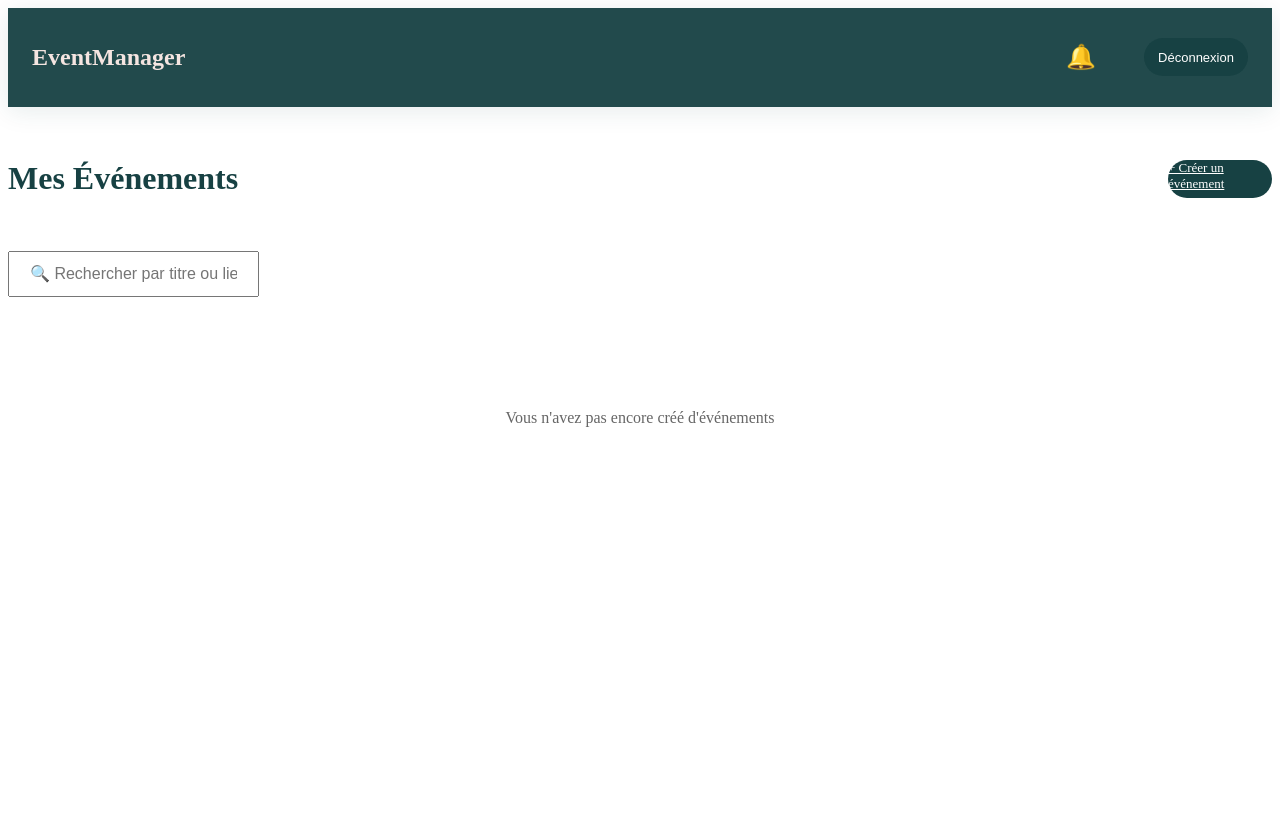
Repository: RADJA-A/DahiliRadja_Pjt_IW
Page: /organisateur/mes-evenements (app in Front/gerement/)
These files come from the project's save history. The page is drawn as it stood at one moment and after the next save; the edit follows.
The browser window is 1280 px wide. The pictures show the whole page.
The project was rebuilt for these pictures with package versions that can differ from the ones it lists, and the page was loaded fresh each time. Also part of the build but not shown: Front/gerement/angular.json, Front/gerement/src/app/pages/home/home.component.ts, Front/gerement/src/app/components/avantages/avantages.component.ts, Front/gerement/src/app/components/procedure/procedure.component.ts, Front/gerement/src/app/components/services/services.component.ts, Front/gerement/src/app/pages/login/login.component.ts, Front/gerement/src/app/core/services/auth.service.ts, Front/gerement/src/app/pages/signin/signin.component.ts and 9 more.

Above is the page before, as saved 2025-12-10 17:14:41.

### Front/gerement/src/index.html
<!doctype html>
<html lang="en">
<head>
  <meta charset="utf-8">
  <title>Gerement</title>
  <base href="/">
  <meta name="viewport" content="width=device-width, initial-scale=1">
   <link rel="icon" type="image/x-icon" href="1.png">
</head>
<body>


  <app-root></app-root>
</body>
</html>

### Front/gerement/src/app/app.config.ts
import { ApplicationConfig, provideZoneChangeDetection } from '@angular/core';
import { provideRouter } from '@angular/router';
import { provideHttpClient } from '@angular/common/http';

import { routes } from './app.routes';

export const appConfig: ApplicationConfig = {
  providers: [
    provideZoneChangeDetection({ eventCoalescing: true }),
    provideRouter(routes),
    provideHttpClient() // ← Pour les appels HTTP
  ]
};

### Front/gerement/src/app/app.component.ts
import { Component } from '@angular/core';
import { CommonModule } from '@angular/common';
import { Router, RouterOutlet, NavigationEnd } from '@angular/router';
import { HeaderComponent } from './components/header/header.component';
import { FooterComponent } from './components/footer/footer.component';
import { NavbarComponent } from './components/navbar/navbar.component';
import { filter } from 'rxjs/operators';

@Component({
  selector: 'app-root',
  standalone: true,
  imports: [
    CommonModule,
    RouterOutlet,
    HeaderComponent,
    FooterComponent,
    NavbarComponent // ← Ajout
  ],
  templateUrl: './app.component.html',
  styleUrls: ['./app.component.css']
})
export class AppComponent {
  title = 'gerement';
  showNavbar = false;

  constructor(private router: Router) {
    // Déterminer quand afficher la navbar
    this.router.events.pipe(
      filter(event => event instanceof NavigationEnd)
    ).subscribe((event: any) => {
      const url = event.url;
      this.showNavbar = !['/', '/login', '/signin'].includes(url);
    });
  }
}

### Front/gerement/src/app/app.routes.ts
import { Routes } from '@angular/router';
import { HomeComponent } from './pages/home/home.component';
import { LoginComponent } from './pages/login/login.component';
import { SigninComponent } from './pages/signin/signin.component';

// Organisateur
import { DashboardOrganisateurComponent } from './pages/organisateur/dashboard-organisateur/dashboard-organisateur.component';
import { MesEvenementsComponent } from './pages/organisateur/mes-evenements/mes-evenements.component';
import { CreerEvenementComponent } from './pages/organisateur/creer-evenement/creer-evenement.component';
import { ParticipantsEvenementComponent } from './pages/organisateur/participants-evenement/participants-evenement.component';
import { ModifierEvenementComponent } from './pages/organisateur/modifier-evenement/modifier-evenement.component';
// Participant
import { EvenementsDisponiblesComponent } from './pages/participant/evenements-disponibles/evenements-disponibles.component';
import { MesInscriptionsComponent } from './pages/participant/mes-inscriptions/mes-inscriptions.component';
import { DetailEvenementComponent } from './pages/participant/detail-evenement/detail-evenement.component';

export const routes: Routes = [
  { path: '', component: HomeComponent },
  { path: 'login', component: LoginComponent },
  { path: 'signin', component: SigninComponent },

  // Routes Organisateur
  { path: 'organisateur/dashboard', component: DashboardOrganisateurComponent },
  { path: 'organisateur/mes-evenements', component: MesEvenementsComponent },
  { path: 'organisateur/creer-evenement', component: CreerEvenementComponent },
   { path: 'organisateur/modifier-evenement/:id', component: ModifierEvenementComponent }, // ← AJOUT

  { path: 'organisateur/participants/:id', component: ParticipantsEvenementComponent },

  // Routes Participant
  { path: 'participant/evenements', component: EvenementsDisponiblesComponent },
  { path: 'participant/mes-inscriptions', component: MesInscriptionsComponent },
  { path: 'participant/evenement/:id', component: DetailEvenementComponent },

  { path: '**', redirectTo: '' }
];

### Front/gerement/src/app/app.component.html
<app-header *ngIf="!showNavbar"></app-header>
<app-navbar *ngIf="showNavbar"></app-navbar>
<router-outlet></router-outlet>
<app-footer *ngIf="!showNavbar"></app-footer>

### Front/gerement/src/app/components/header/header.component.ts
import { Component } from '@angular/core';
import { Router, RouterModule } from '@angular/router';

@Component({
  selector: 'app-header',
  standalone: true,
  imports: [RouterModule],
  templateUrl: './header.component.html',
  styleUrls: ['./header.component.css']
})
export class HeaderComponent {
  constructor(private router: Router) {}

  navigateToLogin() {
    this.router.navigate(['/login']);
  }

  navigateToSignin() {
    this.router.navigate(['/signin']);
  }

}

### Front/gerement/src/app/components/navbar/navbar.component.ts
import { Component, OnInit } from '@angular/core';
import { Router, RouterModule } from '@angular/router';
import { CommonModule } from '@angular/common';
import { NotificationsComponent } from '../notifications/notifications.component';
import { NotificationService } from '../../services/notification.service';

@Component({
  selector: 'app-navbar',
  imports: [CommonModule,NotificationsComponent,RouterModule],
  templateUrl: './navbar.component.html',
  styleUrls: ['./navbar.component.css']
})
export class NavbarComponent implements OnInit {
  user: any;
  notificationsCount = 0;
  showNotifications = false;

  constructor(
    private router: Router,
    private notificationService: NotificationService
  ) {}

  ngOnInit() {
    const userStr = localStorage.getItem('user');
    if (userStr) {
      this.user = JSON.parse(userStr);
      this.loadNotificationsCount();
    }
  }

  loadNotificationsCount() {
    this.notificationService.getNotificationsNonLues(this.user.id).subscribe(
      (notifications) => {
        this.notificationsCount = notifications.length;
      }
    );
  }

  toggleNotifications() {
    this.showNotifications = !this.showNotifications;
  }

  logout() {
    localStorage.removeItem('user');
    this.router.navigate(['/login']);
  }

  // Fix role check with multiple possibilities
  isOrganisateur(): boolean {
    const role = this.user?.role;
    console.log('Checking role:', role); // Debug log
    return role === 'ORGANIZER' || role === 'ADMIN';
  }

  // Add isParticipant method
  isParticipant(): boolean {
    const role = this.user?.role;
    return role === 'PARTICIPANT';
  }
}

### Front/gerement/src/app/pages/organisateur/mes-evenements/mes-evenements.component.ts
import { Component, OnInit } from '@angular/core';
import { Router } from '@angular/router';
import { EvenementService, Evenement } from '../../../services/evenement.service';
import { CommonModule } from '@angular/common';
import { RouterLink } from '@angular/router';
import { FormsModule } from '@angular/forms';

@Component({
  selector: 'app-mes-evenements',
  imports: [CommonModule,RouterLink,FormsModule],
  templateUrl: './mes-evenements.component.html',
  styleUrls: ['./mes-evenements.component.css']
})
export class MesEvenementsComponent implements OnInit {
  user: any;
  evenements: Evenement[] = [];
  loading = false;
  searchTerm = '';
  filterStatut = '';

  constructor(
    private evenementService: EvenementService,
    private router: Router
  ) {}

  ngOnInit() {
    const userStr = localStorage.getItem('user');
    if (userStr) {
      this.user = JSON.parse(userStr);
      this.loadEvenements();
    }
  }

  loadEvenements() {
    this.loading = true;
    this.evenementService.getMesEvenements(this.user.id).subscribe({
      next: (data) => {
        this.evenements = data;
        this.loading = false;
      },
      error: (err) => {
        console.error('Erreur:', err);
        this.loading = false;
      }
    });
  }

  get evenementsFiltres(): Evenement[] {
    return this.evenements.filter(event => {
      const matchSearch = event.titre.toLowerCase().includes(this.searchTerm.toLowerCase()) ||
                         event.lieu.toLowerCase().includes(this.searchTerm.toLowerCase());
      const matchStatut = !this.filterStatut || event.statut === this.filterStatut;
      return matchSearch && matchStatut;
    });
  }

  modifierEvenement(eventId: number) {
    this.router.navigate(['/organisateur/modifier-evenement', eventId]);
  }

  supprimerEvenement(event: Evenement) {
    if (confirm(`Êtes-vous sûr de vouloir supprimer "${event.titre}" ?`)) {
      this.evenementService.deleteEvenement(event.id!, this.user.id).subscribe({
        next: () => {
          this.evenements = this.evenements.filter(e => e.id !== event.id);
          alert('Événement supprimé avec succès');
        },
        error: (err) => {
          console.error('Erreur:', err);
          alert('Erreur lors de la suppression');
        }
      });
    }
  }

  voirParticipants(eventId: number) {
    this.router.navigate(['/organisateur/participants', eventId]);
  }

  getStatutColor(statut: string): string {
    const colors: any = {
      'A_VENIR': 'info',
      'EN_COURS': 'success',
      'TERMINE': 'secondary',
      'ANNULE': 'danger'
    };
    return colors[statut] || 'info';
  }
}

### Front/gerement/src/app/components/header/header.component.html
<div id="logindiv">
  <nav>
    <h1>Gerement</h1>
    <ul class="liste">
      <li><a href="#avantages">Avantages</a></li>
      <li><a href="#services">Nos services</a></li>
      <li><a href="#procedure">Procedure</a></li>
    </ul>

    <!-- Wrap the buttons -->
    <div class="button-group">
      <button id="connectbtn" (click)="navigateToLogin()">Se connecter</button>
      <button id="signinbtn" (click)="navigateToSignin()">S'inscrire</button>
    </div>
  </nav>
</div>

### Front/gerement/src/app/components/header/header.component.css
*{
    font-family: DM sans-serif ;
}


body::-webkit-scrollbar {
    width : 10px;
}

body::-webkit-scrollbar-track {
    background :#174143;
}

body::-webkit-scrollbar-thumb {
    background-color :#F5E5E1;
    border-radius: 10px 10px ;
}


nav {
    display: flex;
    justify-content: space-between; /* h1 left, everything else right */
    align-items: center;
    padding: 0 20px;
}

.button-group {
    display: flex;
    gap: 10px; /* space between the two buttons */
}


nav h1 {
    color: #174143;
    margin: 0;
}

nav ul {
    display: flex;
    list-style: none;
    margin: 0;
    padding: 0;
    gap: 30px;
    align-items: center;
    font-size: 20px;
}

nav ul li {
    margin: 0;
    padding: 0;
}

nav ul li a {
    text-decoration: none;
    color: black;
    line-height: 1;
    display: flex;
    align-items: center;
}

nav ul li a:hover{
    font-weight: bold;
}


button{
    border: none;
    border-radius: 50px;
     background-color:  #174143;
    color: white;
    height : 48px;
    width : 134px;
    font-size: 19px;
}

button:hover{
    cursor: pointer;
    transition : 0.2s ease-in-out  ;
    background-color:  #F5E5E1;
    color:  #174143;
}

### Front/gerement/src/app/components/footer/footer.component.html
<footer class="custom-footer">
  <div class="footer-section">
    <p>Université d'alger 1</p>
    <p>Alger centre</p>
    <p>Alger, Algerie</p>
  </div>



  <div class="footer-bottom">
    <p>Gerement™</p>
    <p>© 2025 All Rights Reserved</p>
  </div>
</footer>

### Front/gerement/src/app/components/footer/footer.component.css
.custom-footer {
  background: #174143;
  padding: 30px;
  text-align: center;
  color: #F5E5E1;
  font-family: Arial, sans-serif;
  border-top: 1px solid #ddd;
}


.footer-bottom {
  margin-top: 15px;
  font-size: 13px;
  color: #d7beb8;
}

### Front/gerement/src/app/components/navbar/navbar.component.html
<nav class="navbar">
  <div class="navbar-container">
    <div class="navbar-brand">
      <h2>EventManager</h2>
    </div>

    <div class="navbar-menu">
      <ng-container *ngIf="isOrganisateur()">
        <!-- Add routerLink directive -->
        <a [routerLink]="['/organisateur/dashboard']" routerLinkActive="active">Dashboard</a>
        <a [routerLink]="['/organisateur/mes-evenements']" routerLinkActive="active">Mes Événements</a>
        <a [routerLink]="['/organisateur/creer-evenement']" routerLinkActive="active">Créer</a>
      </ng-container>

      <ng-container *ngIf="isParticipant()">
        <!-- Add routerLink directive -->
        <a [routerLink]="['/participant/evenements']" routerLinkActive="active">Événements</a>
        <a [routerLink]="['/participant/mes-inscriptions']" routerLinkActive="active">Mes Inscriptions</a>

      </ng-container>
    </div>

    <div class="navbar-actions">
      <div class="notification-btn" (click)="toggleNotifications()">
        <span class="icon">🔔</span>
        <span class="badge-notif" *ngIf="notificationsCount > 0">{{ notificationsCount }}</span>
      </div>

      <div class="user-menu">
        <span>{{ user?.prenom }} {{ user?.nom }}</span>
        <button class="btn btn-secondary" (click)="logout()">Déconnexion</button>
      </div>
    </div>
  </div>

  <!-- Dropdown notifications -->
  <app-notifications *ngIf="showNotifications" [userId]="user?.id"></app-notifications>
</nav>

### Front/gerement/src/app/components/navbar/navbar.component.css
.navbar {
  background: rgba(23, 65, 67, 0.95);
  backdrop-filter: blur(10px);
  box-shadow: 0 4px 24px rgba(23, 65, 67, 0.1);
  position: sticky;
  top: 0;
  z-index: 1000;
}

.navbar-container {
  max-width: 1400px;
  margin: 0 auto;
  padding: 16px 24px;
  display: flex;
  justify-content: space-between;
  align-items: center;
}

.navbar-brand h2 {
  color: #F5E5E1;
  font-size: 24px;
  font-weight: 700;
}

.navbar-menu {
  display: flex;
  gap: 32px;
}

.navbar-menu a {
  color: #F5E5E1;
  text-decoration: none;
  font-weight: 500;
  padding: 8px 16px;
  border-radius: 8px;
  transition: all 0.3s ease;
}

.navbar-menu a:hover,
.navbar-menu a.active {
  background: rgba(245, 229, 225, 0.1);
  color: white;
}

.navbar-actions {
  display: flex;
  align-items: center;
  gap: 24px;
}

.notification-btn {
  position: relative;
  cursor: pointer;
  padding: 8px;
  border-radius: 50%;
  transition: background 0.3s ease;
}

.notification-btn:hover {
  background: rgba(245, 229, 225, 0.1);
}

.notification-btn .icon {
  font-size: 24px;
}

.badge-notif {
  position: absolute;
  top: 0;
  right: 0;
  background: #dc3545;
  color: white;
  border-radius: 50%;
  width: 20px;
  height: 20px;
  display: flex;
  align-items: center;
  justify-content: center;
  font-size: 11px;
  font-weight: 700;
}

.user-menu {
  display: flex;
  align-items: center;
  gap: 16px;
  color: #F5E5E1;
}

button{
    border: none;
    border-radius: 50px;
     background-color:  #174143;
    color: white;
    height : 38px;
    width : 104px;
    font-size: 13px;
}

button:hover{
    cursor: pointer;
    transition : 0.2s ease-in-out  ;
    background-color:  #F5E5E1;
    color:  #174143;
}

### Front/gerement/src/app/services/evenement.service.ts
import { Injectable } from '@angular/core';
import { HttpClient } from '@angular/common/http';
import { Observable } from 'rxjs';

export interface Evenement {
  id?: number;
  titre: string;
  type: string;
  lieu: string;
  dateDebut: string;
  dateFin: string;
  capaciteMax: number;
  nombreInscrits?: number;
  organisateurId: number;
  statut?: string;
  imageUrl?: string;
  programme?: string;
  placesDisponibles?: number;
}
@Injectable({
  providedIn: 'root'
})
export class EvenementService {
  private apiUrl = 'http://localhost:8082/api/evenements';

  constructor(private http: HttpClient) {}

  // Tous les événements
  getAllEvenements(): Observable<Evenement[]> {
    return this.http.get<Evenement[]>(this.apiUrl);
  }

  // Événements d'un organisateur
  getMesEvenements(organisateurId: number): Observable<Evenement[]> {
    return this.http.get<Evenement[]>(`${this.apiUrl}/organisateur/${organisateurId}`);
  }

  // Un événement par ID
  getEvenementById(id: number): Observable<Evenement> {
    return this.http.get<Evenement>(`${this.apiUrl}/${id}`);
  }

  // Créer événement
  createEvenement(evenement: Evenement): Observable<Evenement> {
    return this.http.post<Evenement>(this.apiUrl, evenement);
  }

  // Modifier événement
  updateEvenement(id: number, evenement: any, userId: number): Observable<Evenement> {
    return this.http.put<Evenement>(`${this.apiUrl}/${id}`, evenement, {
      headers: { 'User-Id': userId.toString() }
    });
  }

  // Supprimer événement
  deleteEvenement(id: number, userId: number): Observable<void> {
    return this.http.delete<void>(`${this.apiUrl}/${id}`, {
      headers: { 'User-Id': userId.toString() }
    });
  }

  // Rechercher
  searchEvenements(params: any): Observable<Evenement[]> {
    return this.http.get<Evenement[]>(`${this.apiUrl}/search`, { params });
  }

  // Statistiques
  getStatistiques(organisateurId: number): Observable<any> {
    return this.http.get(`${this.apiUrl}/statistiques/${organisateurId}`);
  }
}

### Front/gerement/src/app/pages/organisateur/mes-evenements/mes-evenements.component.html
<div class="mes-evenements">
  <div class="container">
    <div class="page-header">
      <h1>Mes Événements</h1>
      <a routerLink="/organisateur/creer-evenement" class="btn btn-primary">+ Créer un événement</a>
    </div>

    <!-- Filtres -->
    <div class="filters card">
      <div class="input-group">
        <input
          type="text"
          [(ngModel)]="searchTerm"
          placeholder="🔍 Rechercher par titre ou lieu..."
          class="search-input">
      </div>


    </div>

    <!-- Liste des événements -->
    <div class="loading-message" *ngIf="loading">
      Chargement de vos événements...
    </div>

    <div class="events-grid grid grid-2" *ngIf="!loading">
      <div class="event-card card" *ngFor="let event of evenementsFiltres">
        <div class="event-image" *ngIf="event.imageUrl">
          <img [src]="event.imageUrl" [alt]="event.titre">
        </div>
        <div class="event-placeholder" *ngIf="!event.imageUrl">
          🎭
        </div>

        <div class="event-content">
          <div class="event-header">
            <h3>{{ event.titre }}</h3>
            <span class="badge badge-{{ getStatutColor(event.statut!) }}">
              {{ event.statut }}
            </span>
          </div>

          <div class="event-info">
            <p><strong>Type:</strong> {{ event.type }}</p>
            <p><strong>📍</strong> {{ event.lieu }}</p>
            <p><strong>📅</strong> {{ event.dateDebut | date:'dd/MM/yyyy HH:mm' }}</p>
            <p><strong>👥</strong> {{ event.nombreInscrits }} / {{ event.capaciteMax }} participants</p>
            <p><strong>📌</strong> {{ event.placesDisponibles }} places restantes</p>
          </div>

          <div class="event-progress">
            <div class="progress-bar">
              <div class="progress-fill"
                   [style.width.%]="(event.nombreInscrits! / event.capaciteMax) * 100">
              </div>
            </div>
          </div>

          <div class="event-actions">
            <button class="btn btn-secondary" (click)="voirParticipants(event.id!)">
              👥 Participants
            </button>
            <button class="btn btn-primary" (click)="modifierEvenement(event.id!)">
              ✏️ Modifier
            </button>
            <button class="btn btn-danger" (click)="supprimerEvenement(event)">
              🗑️ Supprimer
            </button>
          </div>
        </div>
      </div>

      <div class="no-events" *ngIf="evenementsFiltres.length === 0">
        <p *ngIf="evenements.length === 0">Vous n'avez pas encore créé d'événements</p>
        <p *ngIf="evenements.length > 0 && evenementsFiltres.length === 0">
          Aucun événement ne correspond à votre recherche
        </p>
      </div>
    </div>
  </div>
</div>

### Front/gerement/src/app/pages/organisateur/mes-evenements/mes-evenements.component.css
.mes-evenements {
  min-height: calc(100vh - 80px);
  padding: 32px 0;
}

.page-header {
  display: flex;
  justify-content: space-between;
  align-items: center;
  margin-bottom: 32px;
}

.page-header h1 {
  color: #174143;
  font-size: 32px;
}

.filters {
  display: grid;
  grid-template-columns: 2fr 1fr;
  gap: 16px;
  margin-bottom: 32px;
}

.search-input {
  padding: 12px 20px;
  font-size: 16px;
}

.event-card {
  overflow: hidden;
}

.event-image {
  width: 100%;
  height: 200px;
  overflow: hidden;
  border-radius: 12px 12px 0 0;
  margin: -24px -24px 16px -24px;
}

.event-image img {
  width: 100%;
  height: 100%;
  object-fit: cover;
}

.event-placeholder {
  width: 100%;
  height: 200px;
  display: flex;
  align-items: center;
  justify-content: center;
  background: linear-gradient(135deg, #174143 0%, #2a6366 100%);
  font-size: 64px;
  border-radius: 12px 12px 0 0;
  margin: -24px -24px 16px -24px;
}

.event-content {
  display: flex;
  flex-direction: column;
  gap: 16px;
}

.event-header {
  display: flex;
  justify-content: space-between;
  align-items: start;
  gap: 12px;
}

.event-header h3 {
  color: #174143;
  font-size: 20px;
  flex: 1;
}

.event-info p {
  color: #666;
  font-size: 14px;
  margin-bottom: 8px;
}

.event-progress {
  margin: 8px 0;
}

.progress-bar {
  height: 8px;
  background: rgba(23, 65, 67, 0.1);
  border-radius: 4px;
  overflow: hidden;
}

.progress-fill {
  height: 100%;
  background: linear-gradient(90deg, #174143 0%, #2a6366 100%);
  transition: width 0.3s ease;
}

.event-actions {
  display: flex;
  gap: 8px;
  flex-wrap: wrap;
}

.event-actions button {
  flex: 1;
  min-width: 120px;
}

.no-events {
  grid-column: 1 / -1;
  text-align: center;
  padding: 64px 24px;
  color: #666;
}

.loading-message {
  text-align: center;
  padding: 64px;
  color: #174143;
  font-size: 18px;
}

.btn.btn-primary{
    border: none;
    border-radius: 50px;
     background-color:  #174143;
    color: white;
    height : 38px;
    width : 104px;
    font-size: 13px;
}

.btn.btn-primary:hover{
    cursor: pointer;
    transition : 0.2s ease-in-out  ;
    background-color:  #F5E5E1;
    color:  #174143;
}

Loaded but not shown: Front/gerement/src/styles.css (common file); Front/gerement/src/main.ts (common file); Front/gerement/src/app/components/footer/footer.component.ts (common file); Front/gerement/src/app/services/notification.service.ts (100 lines, source omitted); Front/gerement/src/app/app.component.css (no stored copy; drawn as an empty file)

After the next save:
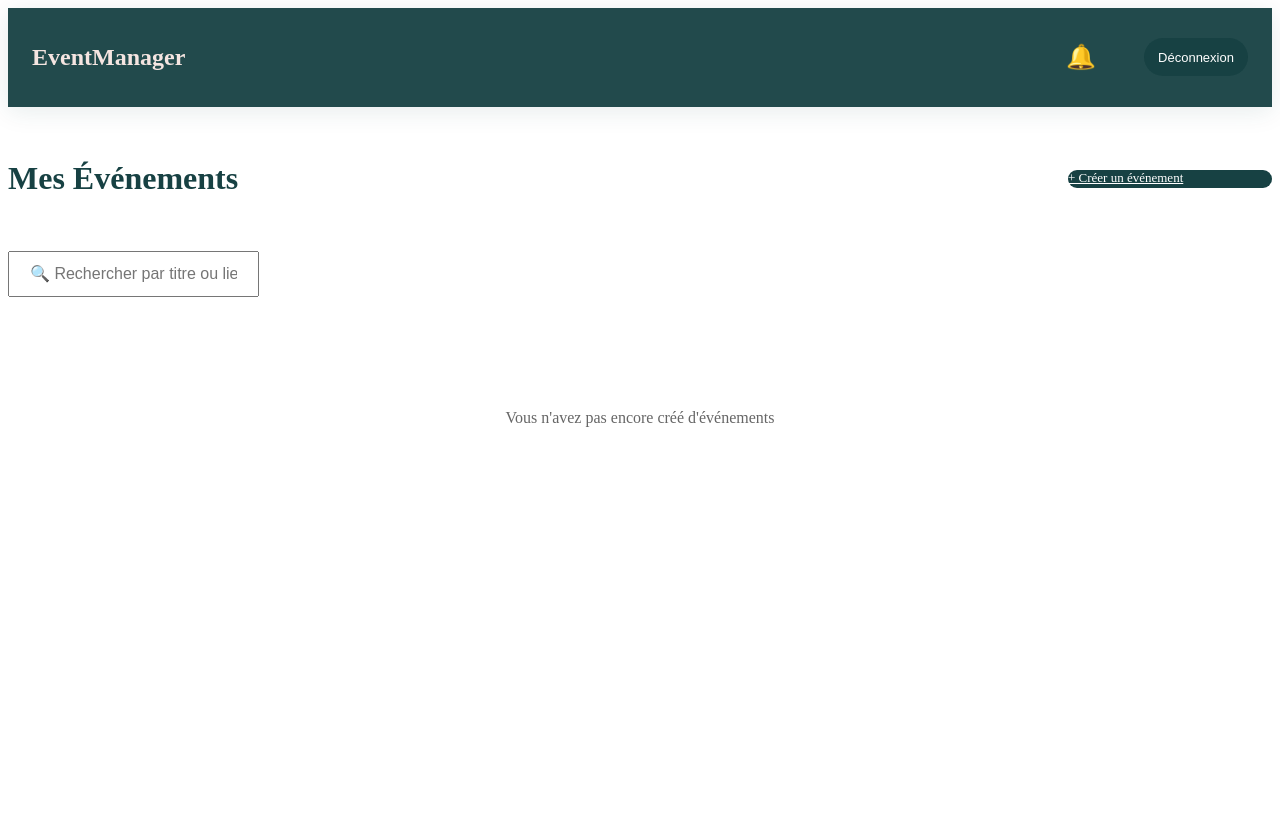
Saved 17 s later.
--- a/Front/gerement/src/app/pages/organisateur/mes-evenements/mes-evenements.component.css
+++ b/Front/gerement/src/app/pages/organisateur/mes-evenements/mes-evenements.component.css
@@ -129,8 +129,8 @@
     border-radius: 50px;
      background-color:  #174143;
     color: white;
-    height : 38px;
-    width : 104px;
+    height : 18px;
+    width : 204px;
     font-size: 13px;
 }
 
